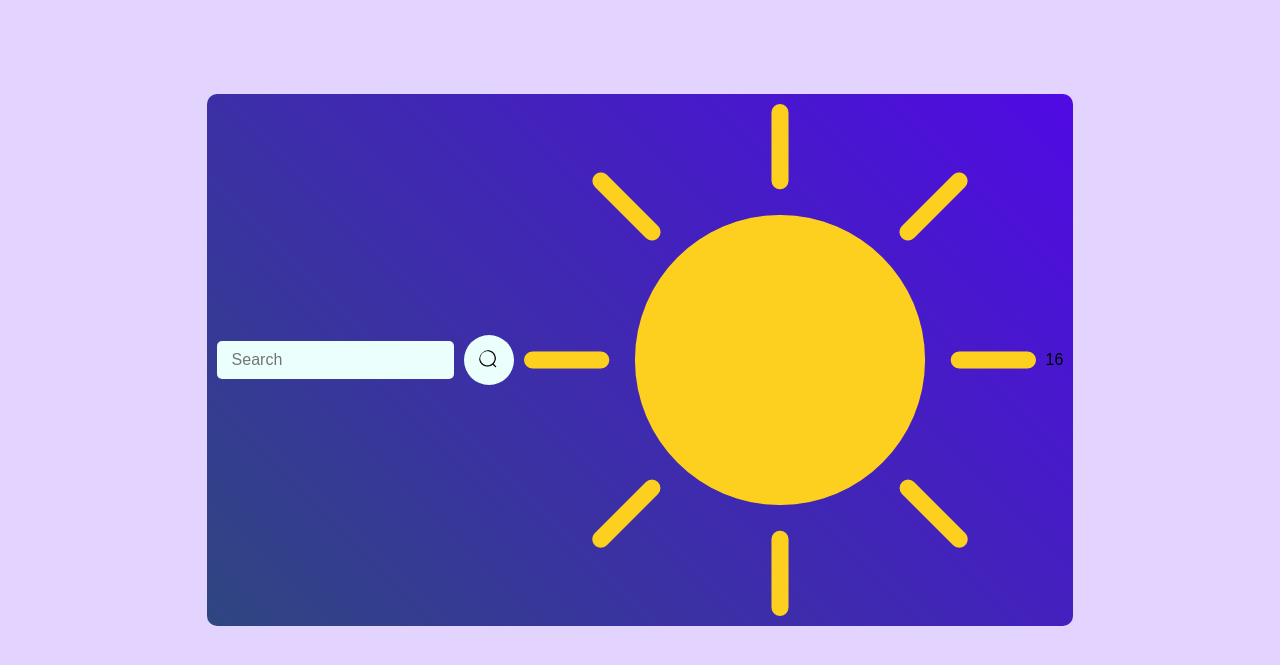
Repository: wakoya-tech/wheather-app
Page: /
The author's editor kept a copy of each file at every save. The page is drawn from the files as they stood at one save, then again after the next save.
The browser window is 1280 px wide. The pictures show the whole page.
The project was rebuilt for these pictures with package versions that can differ from the ones it lists, and the page was loaded fresh each time. Also part of the build but not shown: vite.config.js, src/App.css.

Above is the page before, as saved 2025-10-18 00:46:20.

After the next save:
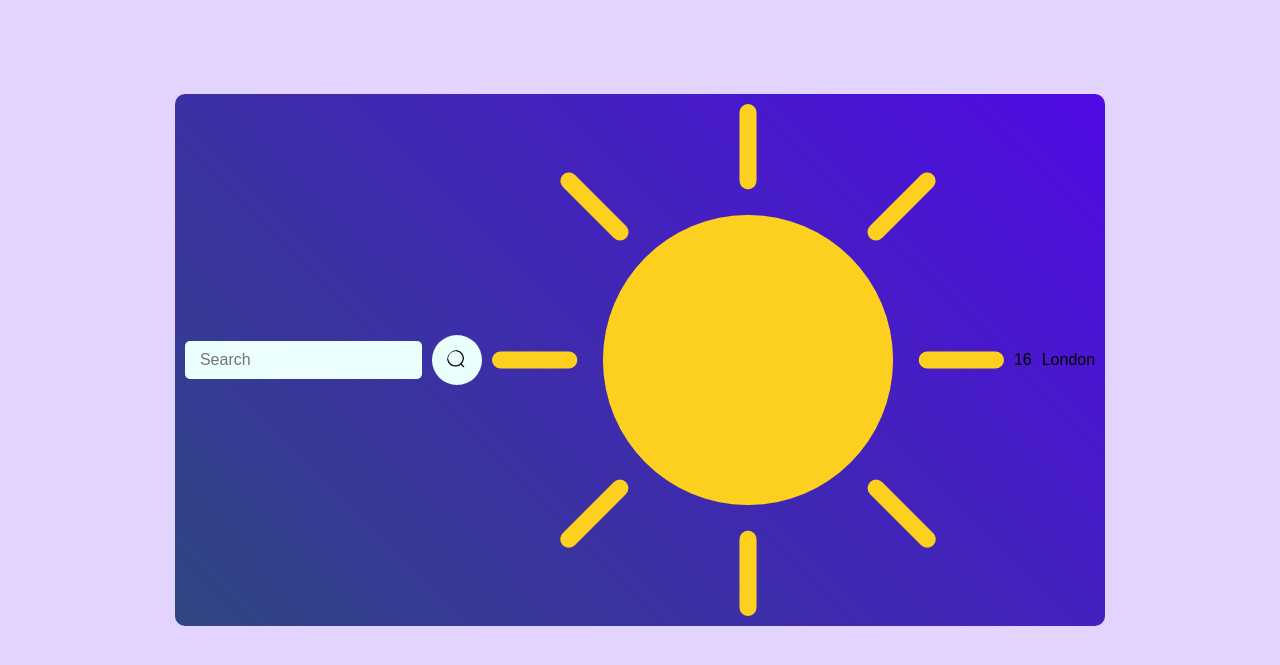
Saved 36 s later.
--- a/src/Components/Weather.jsx
+++ b/src/Components/Weather.jsx
@@ -16,6 +16,7 @@ function Weather() {
         <img className='img' src={search_icon} alt="Search" />
         <img src={clear} alt="weather-icon" />
         <p>16</p>
+        <p>London</p>
       </div>
     </div>
   );
